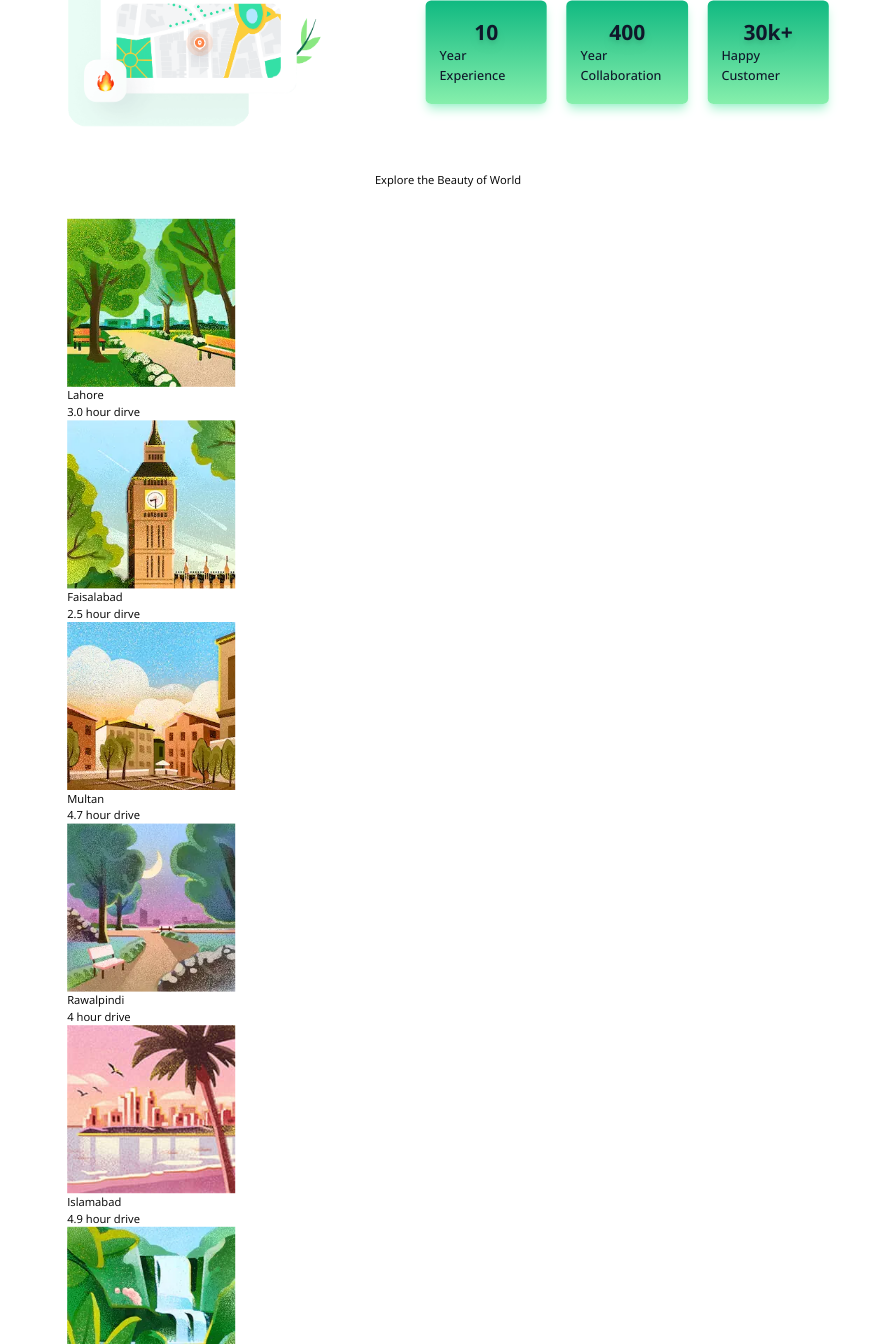
Repository: ThiAlbani83/travigo-travel-app
Page: /
The author's editor kept a copy of each file at every save. The page is drawn from the files as they stood at one save, then again after the next save.
The browser window is 1280 px wide. The pictures show the part of the page from y = 1391 to 3311 px (the page is 4636 px tall before and 4660 px after), at 70% of full size.
The project was rebuilt for these pictures with package versions that can differ from the ones it lists, and the page was loaded fresh each time. Also part of the build but not shown: vite.config.js.

Above is the page before, as saved 2023-03-21 11:25:19.

### src/main.jsx
import React from 'react'
import ReactDOM from 'react-dom/client'
import App from './App'
import './index.css'
import { BrowserRouter } from 'react-router-dom'

ReactDOM.createRoot(document.getElementById('root')).render(
  <React.StrictMode>
    <BrowserRouter>
      <App />
    </BrowserRouter>

  </React.StrictMode>,
)

### src/App.jsx
import React from 'react'
import { Navbar, Hero, Footer, Memory, Explore } from './components'
import { hero, navlinks, memory, placesAPI } from './data/travigodata'

const App = () => {
  return (
    <>
      <Navbar navlinks={navlinks} />
      <Hero hero={hero}/>
      <Memory memory={memory} />
      <Explore title='Explore the Beauty of World' placesAPI={placesAPI} />
      <Footer />
    </>
  )
}

export default App

### src/index.css
@import url('https://fonts.googleapis.com/css2?family=Open+Sans:wght@300;400;500;600;700;800&display=swap');

@tailwind base;
@tailwind components;
@tailwind utilities;

@layer base {
    *{
        margin: 0;
        padding: 0;
        font-family: 'Open Sans', sans-serif;
    }


    .travigo-container {
        @apply w-[85vw] xl:w-[95vw] m-auto
    }


    .button-emerald {
        @apply bg-gradient-to-b from-emerald-500 to-green-500 shadow-lg shadow-emerald-400 rounded-full
        text-lg sm:text-sm px-9 py-1.5 transition-all duration-200 active:scale-90 text-white sm:w-48
    }

    .button-light {
        @apply bg-gradient-to-b from-white to-slate-100 shadow-lg rounded-full
        text-lg sm:text-sm px-9 py-1.5 transition-all duration-200 active:scale-90 text-black sm:w-48
    }

    .drop-shadow-emerald{
        filter: drop-shadow(0.1rem 0.1rem 1rem rgba(74 222 128 / 80%));
    }


    .showpopup {
        opacity: 1;
        visibility: visible;
        transform: skewY(0deg) translateY(10px);
    }

    .noshowpopup {
        opacity: 0;
        visibility: hidden;
        transform: skewY(3deg) translateY(-30px);
    }


}

### src/components/index.js
export { default as Navbar } from "./Navbar.jsx";
export { default as Hero } from "./Hero.jsx";
export { default as Memory } from "./Memory.jsx";
export { default as Explore } from "./Explore.jsx";
export { default as Footer } from "./Footer.jsx";

### src/data/travigodata.js
import dashboard from "../images/dashboard.png";
import memoryimg from "../images/memory.png";

import brand1 from "../images/brand1.png";
import brand2 from "../images/brand2.png";
import brand3 from "../images/brand3.png";
import brand4 from "../images/brand4.png";
import brand5 from "../images/brand5.png";

import place1 from "../images/img1.webp";
import place2 from "../images/img2.webp";
import place3 from "../images/img3.webp";
import place4 from "../images/img4.webp";
import place5 from "../images/img5.jpg";
import place6 from "../images/img6.webp";
import place7 from "../images/img7.webp";
import place8 from "../images/img8.webp";
import place9 from "../images/img9.webp";
import place10 from "../images/img10.webp";

import standardicon from "../images/standardicon.png";
import preminumicon from "../images/preminum.png";
import checkbox from "../images/checkbox.svg";
import uncheckbox from "../images/uncheckbox.svg";

import facebook from "../images/facebook.svg";
import instagram from "../images/instagram.svg";
import twitter from "../images/twitter.svg";
import youtube from "../images/youtube.svg";

import banner from "../images/banner.webp";

export const brands = [
  { iconSrc: brand1 },
  { iconSrc: brand2 },
  { iconSrc: brand3 },
  { iconSrc: brand4 },
  { iconSrc: brand5 },
];

export const navlinks = [
  { link: "Home", id: "home" },
  { link: "About", id: "about" },
  { link: "Explore", id: "explore" },
  { link: "Pricing", id: "pricing" },
  { link: "Contact", id: "contact" },
];

export const hero = {
  title: "Its a Gig World Out",
  subtitle: "Then, Go Explore",
  text: "We provide you always your dream places. We always make our customer happy by proving many choices.",
  btn1: "Get Started",
  btn2: "Get Demo",
  img: dashboard,
};

export const memory = {
  title: "Sweet Memories",
  subtitle: "Come To Life Again",
  text: "What we have always taken care for 10 years is always prioritizing the comfort of our users. So, do not our quality.",
  img: memoryimg,
  experience: [
    { number: "10", title: "Year Experience" },
    { number: "400", title: "Year Collaboration" },
    { number: "30k+", title: "Happy Customer" },
  ],
};

export const placesAPI = [
  { placeImg: place1, location: "Lahore", distance: "3.0 hour dirve" },
  { placeImg: place2, location: "Faisalabad", distance: "2.5 hour dirve" },
  { placeImg: place3, location: "Multan", distance: "4.7 hour drive" },
  { placeImg: place4, location: "Rawalpindi", distance: "4 hour drive" },
  { placeImg: place5, location: "Islamabad", distance: "4.9 hour drive" },
  { placeImg: place6, location: "Muree", distance: "4.5 hour drive" },
  { placeImg: place7, location: "Nathia Gali", distance: "5.5 hour drive" },
  { placeImg: place8, location: "Ayubia Gali", distance: "5.1 hour drive" },
  { placeImg: place9, location: "Bhurban", distance: "5.1 hour drive" },
  { placeImg: place10, location: "Gilgit", distance: "5.1 hour drive" },
];

export const pricingapi = {
  title: "Choose The Plan That Suits You",
  text: "Many attractive offers by becomming a premium member",
  btn1: "Monthly",
  btn2: "Yearly",
  plans: [
    {
      planicon: standardicon,
      title: "Standard Membership",
      text: "Suitable for all users",
      plantype: "Free / Year",
      plancontent: [
        { iconbox: checkbox, text: "Find Popular Destination" },
        { iconbox: checkbox, text: "Priority Booking Schedule" },
        { iconbox: checkbox, text: "Daily Destination News" },
        { iconbox: uncheckbox, text: "Invite Friends Feature" },
        { iconbox: uncheckbox, text: "Limited Travel Stats" },
        { iconbox: uncheckbox, text: "Invite Friends Feature" },
        { iconbox: uncheckbox, text: "No Ads & Tax" },
      ],
      buttonText: "Get Free",
    },
    {
      planicon: preminumicon,
      title: "Preminum Membership",
      text: "Suitable for enthusiast travelers",
      plantype: "$60 / Year",
      plancontent: [
        { iconbox: checkbox, text: "Find Popular Destination" },
        { iconbox: checkbox, text: "Priority Booking Schedule" },
        { iconbox: checkbox, text: "Daily Destination News" },
        { iconbox: checkbox, text: "Invite Friends Feature" },
        { iconbox: checkbox, text: "Advanced Travel Stats" },
        { iconbox: checkbox, text: "Invite Friends Feature" },
        { iconbox: checkbox, text: "No Ads & Tax" },
      ],
      buttonText: "Get Started",
    },
  ],
};

export const bannerAPI = {
  title: "The Greet Outdoors",
  text: "Whislist Curated By Travigo.",
  imgSrc: banner,
  btnText: "Explore More",
};

export const footerAPI = {
  titles: [{ title: "About" }, { title: "Company" }, { title: "Support" }],
  links: [
    [
      { link: "About US" },
      { link: "Features" },
      { link: "News" },
      { link: "Menu" },
    ],
    [
      { link: "Why Travigo?" },
      { link: "Partner with Us" },
      { link: "FAQ" },
      { link: "Blog" },
    ],
    [
      { link: "Account" },
      { link: "Support Center" },
      { link: "Feedback" },
      { link: "Contact Us" },
      { link: "Accesbility" },
    ],
  ],
  sociallinks: [
    { icon: facebook },
    { icon: instagram },
    { icon: twitter },
    { icon: youtube },
  ],
};

### src/components/Navbar.jsx
import React, { useState } from 'react'
import { NavLink } from 'react-router-dom'
import logo from '../images/logo.png'
import menu from '../images/menu.svg'
import PopupMenu from './PopupMenu'

const Navbar = ({ navlinks }) => {

  const [popupState, setPopupState] = useState(false)
  const onTriggerPopup = () => setPopupState(!popupState)

  return (
    <>
      <header className='flex items-center justify-center w-auto h-auto absolute top-7 left-0 right-0'>
        <nav className='flex items-center justify-between travigo-container'>
          <NavLink to={'/'} className='flex items-center' >
            <img src={logo} alt="logo/img" className=' w-20 h-9 object-fill' />
          </NavLink>
          <ul className='flex items-center lg:hidden gap-7'>
            {navlinks?.map((val, index) => (
              <li key={index}>
                <NavLink to={'#'} className='text-lg text-slate-900'>{val.link}</NavLink>
              </li>
            ))}
          </ul>
          <ul className='flex items-center lg:hidden'>
            <li><button type='button' className='button-emerald px-7 text-base py-1'>Join Us</button></li>
          </ul>
          <ul className='hidden lg:flex items-center'>
            <li>
              <button
              onClick={onTriggerPopup}
              type='button' className='flex items-center justify-center transition-all duration-200 active:scale-90 cursor-pointer'>
                <img src={menu} alt="menu/svg" className='object-cover shadow-sm filter' />
              </button>
            </li>
          </ul>
        </nav>
      </header>
      <PopupMenu navlinks={navlinks} popupState={popupState}/>
    </>
  )
}

export default Navbar

### src/components/Hero.jsx
import React from 'react'

const Hero = ({hero: {title, subtitle, btn1, btn2, text, img}}) => {
  return (
    <>
      <div className='flex flex-col bg-gradient-to-b from-emerald-200 to-white h-auto w-auto'>
        <div className='travigo-container grid items-start justify-items-center'>
          <div className='grid items-center justify-items-center mt-36 mb-16 md:mt-28 md:mb-12'>
            <h1 className='text-7xl font-bold lg:text-6xl md:text-5xl sm:text4xl xsm:text-3xl text-black filter drop-shadow-lg'>{title}</h1>
            <h1 className='text-7xl font-bold lg:text-6xl md:text-5xl sm:text4xl xsm:text-3xl text-black filter drop-shadow-lg'>{subtitle}</h1>
            <p className='text-base my-5 text-center sm:text-sm'>{text}</p>
            <div className='flex items-center justify-center gap-11 sm:gap-3 sm:flex-col sm:w-full'>
              <button type='button' className='button-emerald'>{btn1}</button>
              <button type='button' className='button-light'>{btn2}</button>
            </div>
          </div>
          <div className='flex items-center justify-center mb-11'>
            <img src={img} alt="dashboard/img" className='h-[85vh] w-full object-fill lg:h-[75vh] md:h-[57vh] sm:h-[35vh]
            sm:object-contain drop-shadow-emerald'/>
          </div>
        </div>
      </div>
    </>
  )
}

export default Hero

### src/components/Memory.jsx
import React from 'react'

const Memory = ({memory: {title, text, subtitle, img, experience}}) => {
  return (
    <>
        <div className='relative my-16 md:mb-7'>
            <div className='travigo-container flex items-center justify-between gap-16 xl:gap-9 lg:flex-col-reverse'>
                <div className='flex items-center justify-start lg:justify-center w-full max-w-md'>
                    <img src={img} alt="memory/img" className='w-auto h-[55vh] object-fill' />
                </div>
                <div className='grid items-center w-full max-w-2xl lg:text-center'>
                    <h1 className=' text-5xl lg:text-4xl md:text-3xl text-slate-900 filter drop-shadow-lg'>{title}</h1>
                    <h1 className=' text-5xl lg:text-4xl md:text-3xl text-slate-900 filter drop-shadow-lg'>{subtitle}</h1>
                    <p className='text-base my-5 sm:text-sm'>{text}</p>
                    <div className='grid items-center grid-cols-3 gap-7 xl:gap-3'>
                        {experience?.map((val, index) => (
                            <div key={index} className='bg-gradient-to-b from-emerald-500 to-green-300 shadow-lg
                            shadow-emerald-200 rounded-lg h-auto w-auto flex items-center justify-center
                            flex-col text-slate-900 py-7 px-5 xl:p-5 filter cursor-pointer hover:scale-105  duration-300 transition-all'>
                                <h1 className='text-3xl xl:text-2xl sm:text-xl font-bold drop-shadow-lg'>
                                    {val.number}
                                </h1>
                                <p className='text-lg xl:text-base sm:text-sm xsm:text-xs font-medium'>
                                    {val.title}
                                </p>
                            </div>
                        ))}
                    </div>
                </div>
            </div>
        </div>
    </>
  )
}

export default Memory

### src/components/Explore.jsx
import React from 'react'

const Explore = ({ title, placesAPI }) => {
    return (
        <>
            <div className='relative my-7 md:mt-3'>
                <div className='travigo-container'>
                    <div className='flex items-center justify-center text-center mb-11 md:mb-7'>
                        <h1 className=''>{title}</h1>
                    </div>
                    <div className=''>
                        {placesAPI?.map((val, index) => (
                            <div key={index}>
                                <div>
                                    <img src={val.placeImg}
                                    alt={val.location}
                                    className=''/>
                                </div>
                                <div className=''>
                                    <h1>{val.location}</h1>
                                    <p>{val.distance}</p>
                                </div>
                            </div>
                        ))}
                    </div>
                </div>
            </div>
        </>
    )
}

export default Explore

### src/components/PopupMenu.jsx
import React from 'react'
import { NavLink } from 'react-router-dom'

const PopupMenu = ({ navlinks, popupState }) => {
    return (
        <>
            <nav className={`fixed top-14 right-14 bg-white bg-opacity-70 opacity-100 z-50 backdrop-filter
        backdrop-blur-md rounded-lg w-44 h-auto py-5 px-6 hidden lg:flex items-center
        justify-center transition-transform duration-300 ${popupState ? 'lg:showpopup' : 'noshowpopup'}`}>
                <ul className='flex items-start flex-col gap-3'>
                    {navlinks?.map((val, index) => (
                        <li>
                            <NavLink to={`#`}>
                                {val.link}
                            </NavLink>
                        </li>
                    ))}
                    <li>
                        <button type='button' className='button-light sm:w-auto rounded-lg shadow-slate-300'>
                            Join Us
                        </button>
                    </li>
                </ul>
            </nav>
        </>
    )
}

export default PopupMenu

### tailwind.config.cjs
/** @type {import('tailwindcss').Config} */
module.exports = {
  content: [
    "./index.html",
    "./src/**/*.{js,ts,jsx,tsx}",
  ],
  theme: {
    extend: {},
    screens: {
      'xl': {'max':'1200px'},
      'lg': {'max':'991px'},
      'md': {'max':'767px'},
      'sm': {'max':'550px'},
      'xsm': {'max':'425px'},

    }
  },
  plugins: [],
}

Loaded but not shown: index.html (common file); src/components/Footer.jsx (common file)

After the next save:
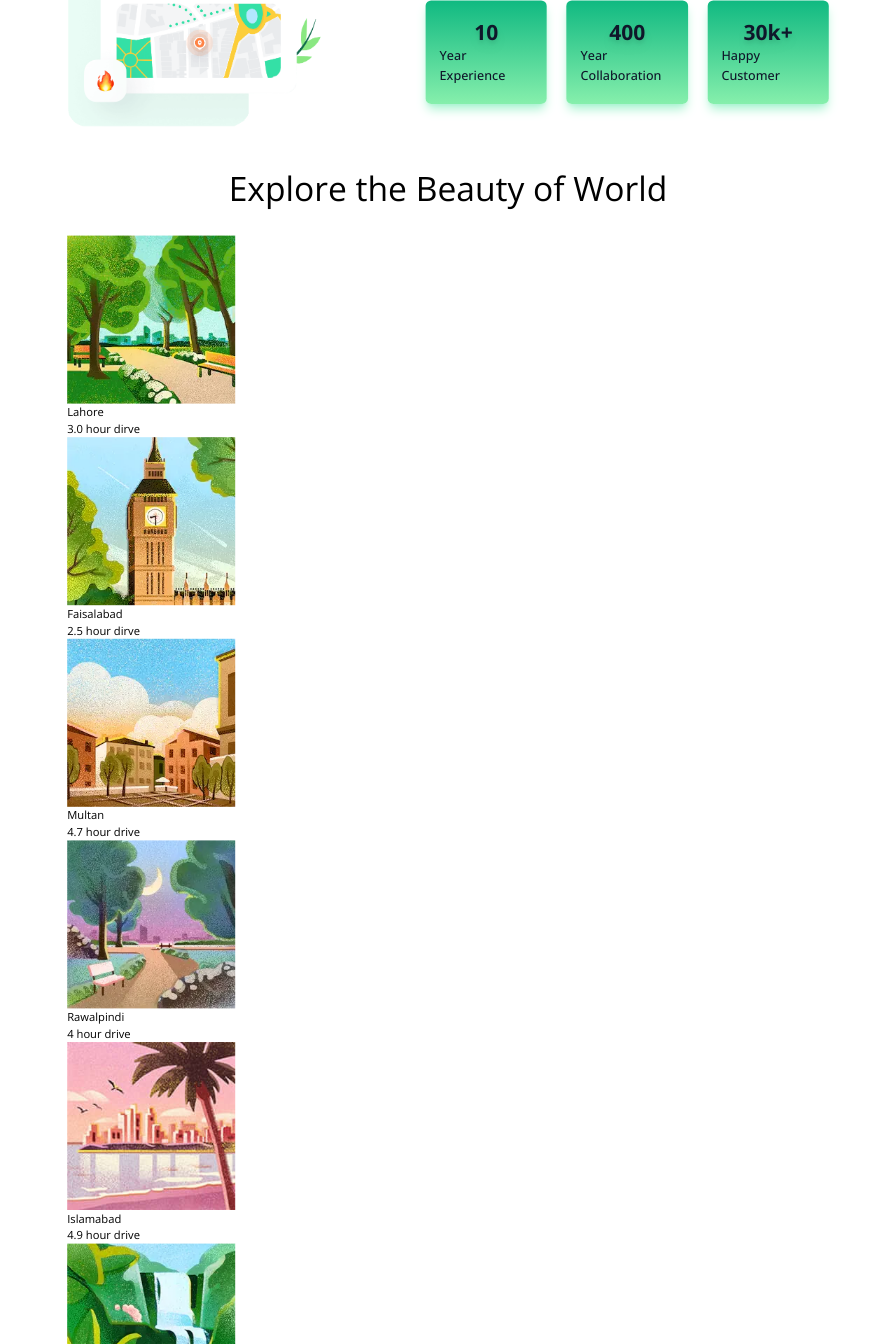
Saved 23 s later.
--- a/src/components/Explore.jsx
+++ b/src/components/Explore.jsx
@@ -6,7 +6,7 @@
             <div className='relative my-7 md:mt-3'>
                 <div className='travigo-container'>
                     <div className='flex items-center justify-center text-center mb-11 md:mb-7'>
-                        <h1 className=''>{title}</h1>
+                        <h1 className='text-5xl lg:text-4xl md:text-3xl sm:text-2xl xsm:text-xl'>{title}</h1>
                     </div>
                     <div className=''>
                         {placesAPI?.map((val, index) => (
